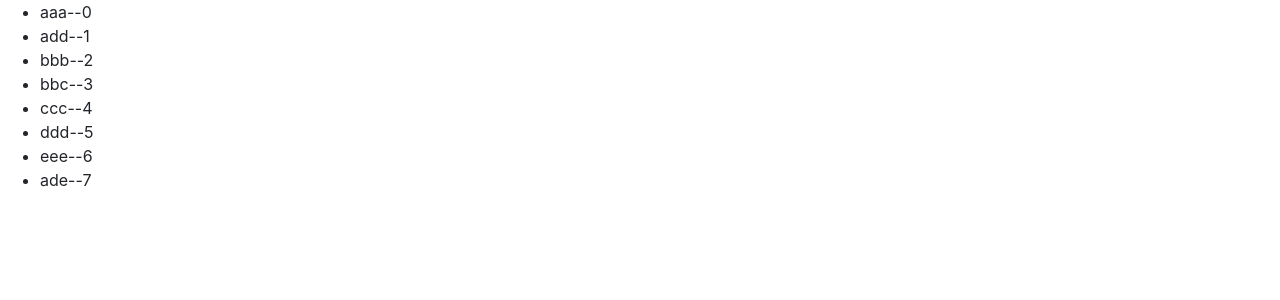
Repository: zenghao518518/Vue
Page: 4-列表渲染/02-过滤应用.html
An editor plug-in stored every save of this project. The page is shown before and after the next save, followed by the edit.
The browser window is 1280 px wide. The pictures show the whole page.

Above is the page before, as saved 2023-08-15 15:12:11.

### 4-列表渲染/02-过滤应用.html
<!DOCTYPE html>
<html lang="en">
  <head>
    <meta charset="UTF-8" />
    <meta http-equiv="X-UA-Compatible" content="IE=edge" />
    <meta name="viewport" content="width=device-width, initial-scale=1.0" />
    <title>Document</title>

    <link rel="stylesheet" href="..\Css\bootstrap.css" />
    <script src="..\Scrip\jquery-3.5.1.min.js"></script>
    <script src="..\Scrip\bootstrap.min.js"></script>
    <script src="..\Scrip\Vue.js"></script>
    <style></style>
  </head>
  <body>
    <div id="box">
      <ul>

        <li v-for="(item,index) of datalist">{{item}}--{{index}}</li>

      </ul>
    </div>

    <script>
      var vm = new Vue({
        el: "#box",
        data() {
          return {

            datalist: ["aaa", "add", "bbb", "bbc", "ccc", "ddd", "eee", "ade"],

          };
        },
        methods: {},
      });
    </script>
  </body>
</html>

Loaded but not shown: Css/bootstrap.css (library); Scrip/jquery-3.5.1.min.js (library); Scrip/bootstrap.min.js (library); Scrip/Vue.js (library)

After the next save:
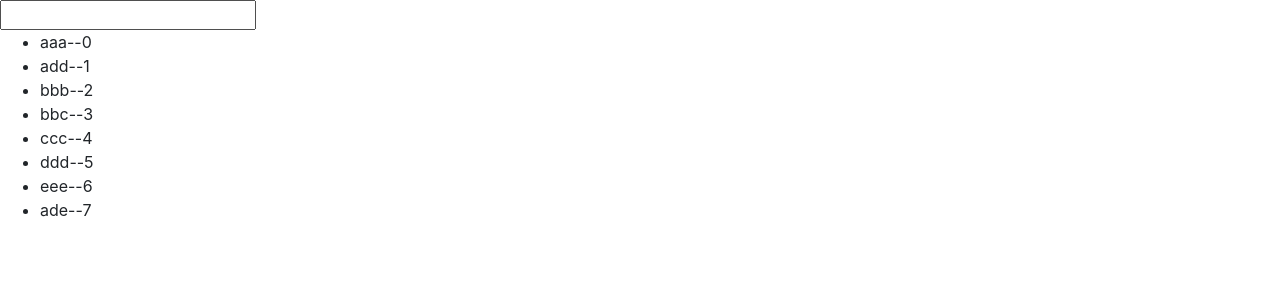
Saved 80 s later.
--- a/4-列表渲染/02-过滤应用.html
+++ b/4-列表渲染/02-过滤应用.html
@@ -14,11 +14,10 @@
   </head>
   <body>
     <div id="box">
+      <input type="text"/>
       <ul>
-
         <li v-for="(item,index) of datalist">{{item}}--{{index}}</li>
-
-      </ul>
+     </ul>
     </div>
 
     <script>
@@ -26,7 +25,7 @@
         el: "#box",
         data() {
           return {
-
+            mytext:"",
             datalist: ["aaa", "add", "bbb", "bbc", "ccc", "ddd", "eee", "ade"],
 
           };
